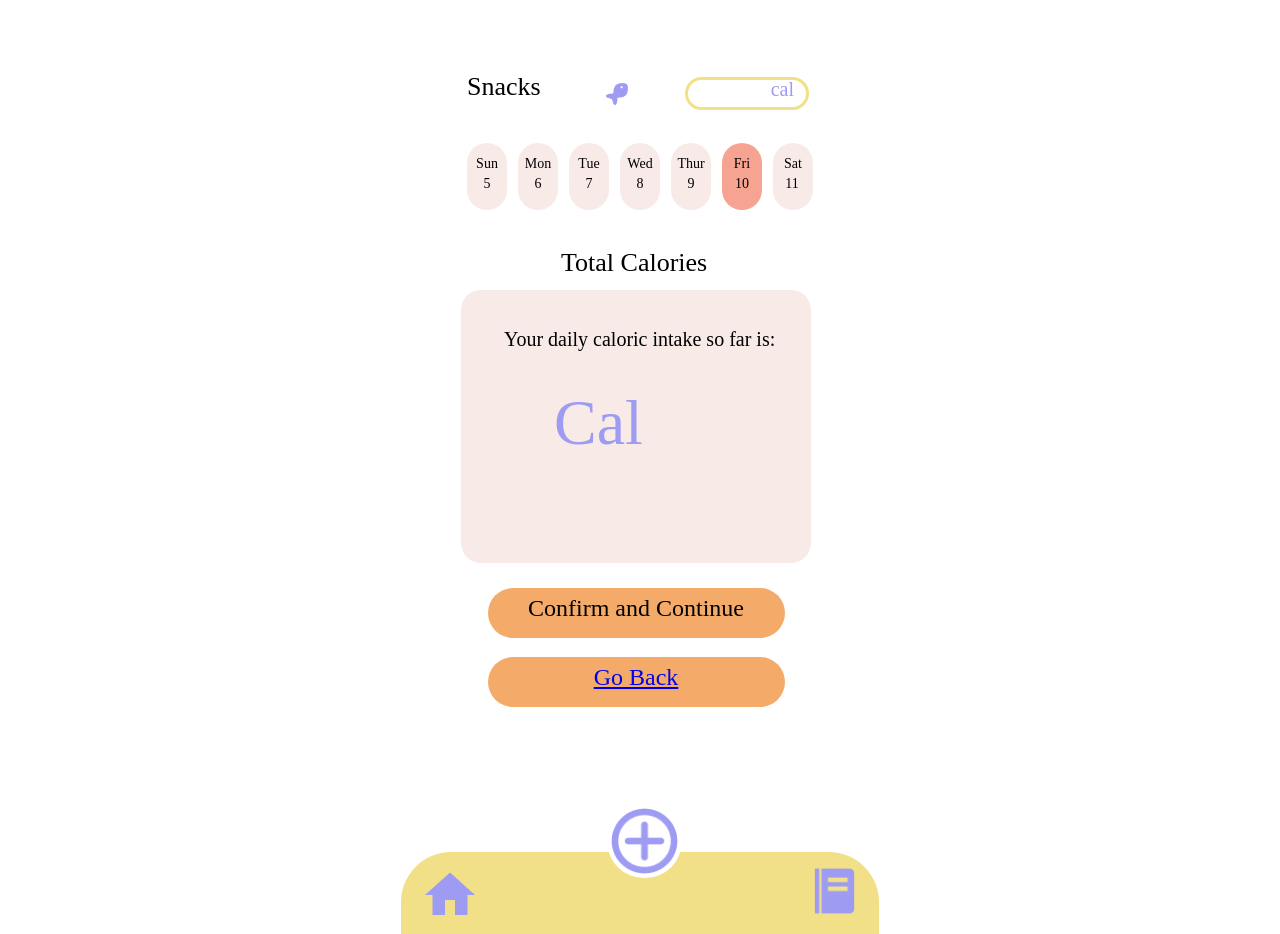
Repository: MeowCeline00/G5-Calorie-Tracker
Page: SnackCalCounter/index.html
The author's editor kept a copy of each file at every save. The page is drawn from the files as they stood at one save, then again after a run of saves.
The browser window is 1280 px wide. The pictures show the whole page.

Above is the page before, as saved 2024-05-26 06:12:24.

### SnackCalCounter/index.html
<!DOCTYPE html>
<html>
<head>
  	<meta charset="utf-8">
  	<meta name="viewport" content="initial-scale=1, width=device-width">

  	<link rel="stylesheet" href="./global.css" />
  	<link rel="stylesheet"  href="./index.css" />

</head>
<body>
	<div class="pageContainer">
		<div class="pageInnerContainer">
			<!-- <div class="add-page-container"> -->
  	<div class="add-page">
    		<div class="add-page-child">
    		</div>
    		<div class="add-page-item">
    		</div>
    		<div class="add-page-inner">
    		</div>
    		<div class="rectangle-div">
    		</div>
    		<div class="add-page-child1">
    		</div>
    		<div class="add-page-child2">
    		</div>
    		<div class="add-page-child3">
    		</div>
    		<div class="add-page-child4">
    		</div>

    		<div class="total-calories">Total Calories</div>
    		<div class="breakfast">Snacks</div>
    		<div class="div">5</div>
    		<div class="sun">Sun</div>
    		<div class="mon">Mon</div>
    		<div class="tue">Tue</div>
    		<div class="wed">Wed</div>
    		<div class="thur">Thur</div>
    		<div class="fri">Fri</div>
    		<div class="sat">Sat</div>
    		<div class="div1">6</div>
    		<div class="div2">7</div>
    		<div class="div3">8</div>
    		<div class="div4">9</div>
    		<div class="div5">10</div>
    		<div class="div6">11</div>
    		<div class="add-page-child5">
    		</div>
    		<div class="add-page-child6">
    		</div>
    		<div class="confirm-and-continue">Confirm and Continue</div>
			<div  class="go-back"><a href="/snacksAddPage/index.html">Go Back</a></div>    		<div class="add-page-child7">
    		</div>
    		<div class="cal">cal</div>
    		<img class="fluent-mdl2breakfast-icon" alt="Snacks" src="/Images/fluent_food-fish-24-filled.png">

    		<div class="add-page-child8">
    		</div>
    		<div class="your-daily-caloric">Your daily caloric intake so far is:</div>
    		<div class="cal1">
      			<span></span>
      			<span class="cal2">Cal</span>
			</div>
			</div>

	  <div class="navBarContainer">
		<div class="navBar"
		<a href="/index.html"><img class="image1" src="/Images/Vector.png "></a>
		<a href="/index.html"><img class="image02"src="/Images/vector02.png "></a>
		<a href="/index.html"><img class="image03" src="/Images/Vector1.png"></a>
		</div>
	</div>
</div>
</div>




</body>
</html>

### SnackCalCounter/global.css

body {
    margin: 0;
    line-height: normal;
}


:root {

    /* fonts */
    --body-20-medium: Catamaran;
    --heading-26-regular: Saira;

    /* font sizes */
    --body-20-medium-size: 20px;
    --body-24-regular-size: 24px;
    --font-size-sm: 14px;
    --heading-26-regular-size: 26px;

    /* Colors */
    --color-cornflowerblue: #9e9bf2;
    --color-black: #000;
    --lighter-nav-bar: rgba(247, 232, 229, 0.9);
    --yellow: #f2e088;
    --color-sandybrown: rgba(242, 149, 68, 0.8);

    /* Border radiuses */
    --br-xl: 20px;
    --br-17xl: 36px;

}

### SnackCalCounter/index.css
.add-page-child {
    position: absolute;
    top: 582px;
    left: 0px;
    width: 393px;
    height: 55px;
}
.add-page-item {
    position: absolute;
    top: 143px;
    left: 26px;
    border-radius: var(--br-xl);
    background-color: var(--lighter-nav-bar);
    width: 40px;
    height: 67px;
}
.add-page-inner {
    position: absolute;
    top: 143px;
    left: 77px;
    border-radius: var(--br-xl);
    background-color: var(--lighter-nav-bar);
    width: 40px;
    height: 67px;
}
.rectangle-div {
    position: absolute;
    top: 143px;
    left: 128px;
    border-radius: var(--br-xl);
    background-color: var(--lighter-nav-bar);
    width: 40px;
    height: 67px;
}
.add-page-child1 {
    position: absolute;
    top: 143px;
    left: 179px;
    border-radius: var(--br-xl);
    background-color: var(--lighter-nav-bar);
    width: 40px;
    height: 67px;
}
.add-page-child2 {
    position: absolute;
    top: 143px;
    left: 230px;
    border-radius: var(--br-xl);
    background-color: var(--lighter-nav-bar);
    width: 40px;
    height: 67px;
}
.add-page-child3 {
    position: absolute;
    top: 143px;
    left: 281px;
    border-radius: var(--br-xl);
    background-color: rgba(242, 126, 99, 0.7);
    width: 40px;
    height: 67px;
}
.add-page-child4 {
    position: absolute;
    top: 143px;
    left: 332px;
    border-radius: var(--br-xl);
    background-color: var(--lighter-nav-bar);
    width: 40px;
    height: 67px;
}
.nav-bar-icon {
    position: absolute;
    top: 726px;
    left: 0px;
    width: 393px;
    height: 126px;
}
.total-calories {
    position: absolute;
    top: 248px;
    left: 120px;
    font-size: var(--heading-26-regular-size);
    font-weight: 500;
    font-family: var(--heading-26-regular);
    text-align: left;
    display: inline-block;
    width: 163px;
    height: 42px;
}
.breakfast {
    position: absolute;
    top: 72px;
    left: 26px;
    font-size: var(--heading-26-regular-size);
    font-weight: 500;
    font-family: var(--heading-26-regular);
    text-align: left;
    display: inline-block;
    width: 130px;
    height: 42px;
}
.div {
    position: absolute;
    top: 176px;
    left: 26px;
    display: inline-block;
    width: 40px;
    height: 42px;
}
.sun {
    position: absolute;
    top: 156px;
    left: 26px;
    display: inline-block;
    width: 40px;
    height: 20px;
}
.mon {
    position: absolute;
    top: 156px;
    left: 77px;
    display: inline-block;
    width: 40px;
    height: 20px;
}
.tue {
    position: absolute;
    top: 156px;
    left: 128px;
    display: inline-block;
    width: 40px;
    height: 20px;
}
.wed {
    position: absolute;
    top: 156px;
    left: 179px;
    display: inline-block;
    width: 40px;
    height: 20px;
}
.thur {
    position: absolute;
    top: 156px;
    left: 230px;
    display: inline-block;
    width: 40px;
    height: 20px;
}
.fri {
    position: absolute;
    top: 156px;
    left: 281px;
    display: inline-block;
    width: 40px;
    height: 20px;
}
.sat {
    position: absolute;
    top: 156px;
    left: 332px;
    display: inline-block;
    width: 40px;
    height: 20px;
}
.div1 {
    position: absolute;
    top: 176px;
    left: 77px;
    display: inline-block;
    width: 40px;
    height: 42px;
}
.div2 {
    position: absolute;
    top: 176px;
    left: 128px;
    display: inline-block;
    width: 40px;
    height: 42px;
}
.div3 {
    position: absolute;
    top: 176px;
    left: 179px;
    display: inline-block;
    width: 40px;
    height: 42px;
}
.div4 {
    position: absolute;
    top: 176px;
    left: 230px;
    display: inline-block;
    width: 40px;
    height: 42px;
}
.div5 {
    position: absolute;
    top: 176px;
    left: 281px;
    display: inline-block;
    width: 40px;
    height: 42px;
}
.div6 {
    position: absolute;
    top: 176px;
    left: 332px;
    display: inline-block;
    width: 38px;
    height: 42px;
}
.add-page-child5 {
    position: absolute;
    top: 588px;
    left: 47px;
    border-radius: var(--br-17xl);
    background-color: var(--color-sandybrown);
    width: 297px;
    height: 50px;
}
.add-page-child6 {
    position: absolute;
    top: 657px;
    left: 47px;
    border-radius: var(--br-17xl);
    background-color: var(--color-sandybrown);
    width: 297px;
    height: 50px;
}
.confirm-and-continue {
    position: absolute;
    top: 595px;
    left: 80px;
    font-size: var(--body-24-regular-size);
    display: inline-block;
    width: 230px;
    height: 42px;
}
.go-back {
    position: absolute;
    top: 664px;
    left: 80px;
    font-size: var(--body-24-regular-size);
    display: inline-block;
    width: 230px;
    height: 42px;
    cursor: pointer;
    text-decoration: none;
    color: black
}
.add-page-child7 {
    position: absolute;
    top: 77px;
    left: 244px;
    border-radius: var(--br-xl);
    background-color: #fff;
    border: 3px solid var(--yellow);
    box-sizing: border-box;
    width: 124px;
    height: 33px;
}
.cal {
    position: absolute;
    top: 78px;
    left: 313px;
    font-size: var(--body-20-medium-size);
    font-weight: 500;
    color: var(--color-cornflowerblue);
    text-align: right;
    display: inline-block;
    width: 40px;
    height: 23px;
}
.fluent-mdl2breakfast-icon {
    position: absolute;
    top: 81px;
    left: 164px;
    width: 25px;
    height: 25px;
}
.add-page-child8 {
    position: absolute;
    top: 290px;
    left: 20px;
    border-radius: var(--br-xl);
    background-color: var(--lighter-nav-bar);
    width: 350px;
    height: 273px;
}
.your-daily-caloric {
    position: absolute;
    top: 328px;
    left: 63px;
    font-size: var(--body-20-medium-size);
}
.cal2 {
    color: var(--color-cornflowerblue);
}
.cal1 {
    position: absolute;
    top: 386px;
    left: 113px;
    font-size: 64px;
    text-align: right;
}
.add-page {
    width: 100%;
    position: relative;
    background-color: rgba(255, 255, 255, 0.92);
    height: 852px;
    overflow: hidden;
    text-align: center;
    font-size: var(--font-size-sm);
    color: var(--color-black);
    font-family: var(--body-20-medium);
    left: 40px;
}


.navBar {
    background-color: #F2E088;
    width: 430px;
    height: 50px;
    display: flex;
    flex-direction: row;
    justify-content: space-between;
    align-items: center;
    padding-left: 1.5em;
    padding-right: 1.5em;
    padding-top: 1em;
    padding-bottom: 1em;
    border-top-left-radius: 50px;
    border-top-right-radius: 50px;
}

.image1 {
    width: 50px;
    height: 42.5;
}
.image02 {
    position: relative;
    width: 66.67px;
    height: 66.67px;
    background-color: #fff;
    padding:0.25em ;
    border-radius: 360px;
    top: -50px;
}

.image03 {
    width: 41.25px;
    height: 45.58;
}

.navBar a {
    padding: 0em;
    margin: 0em;
}

.pageContainer {
    display: flex;

    flex-direction: column;
    align-items: center;


}
.pageInnerContainer {
    display: flex;
    flex-direction: column;
    align-items: center;
    justify-content: center;

}

.add-page-container {
    display: flex;
    justify-content: center;
    flex-direction: column;
}

After the next 2 saves:
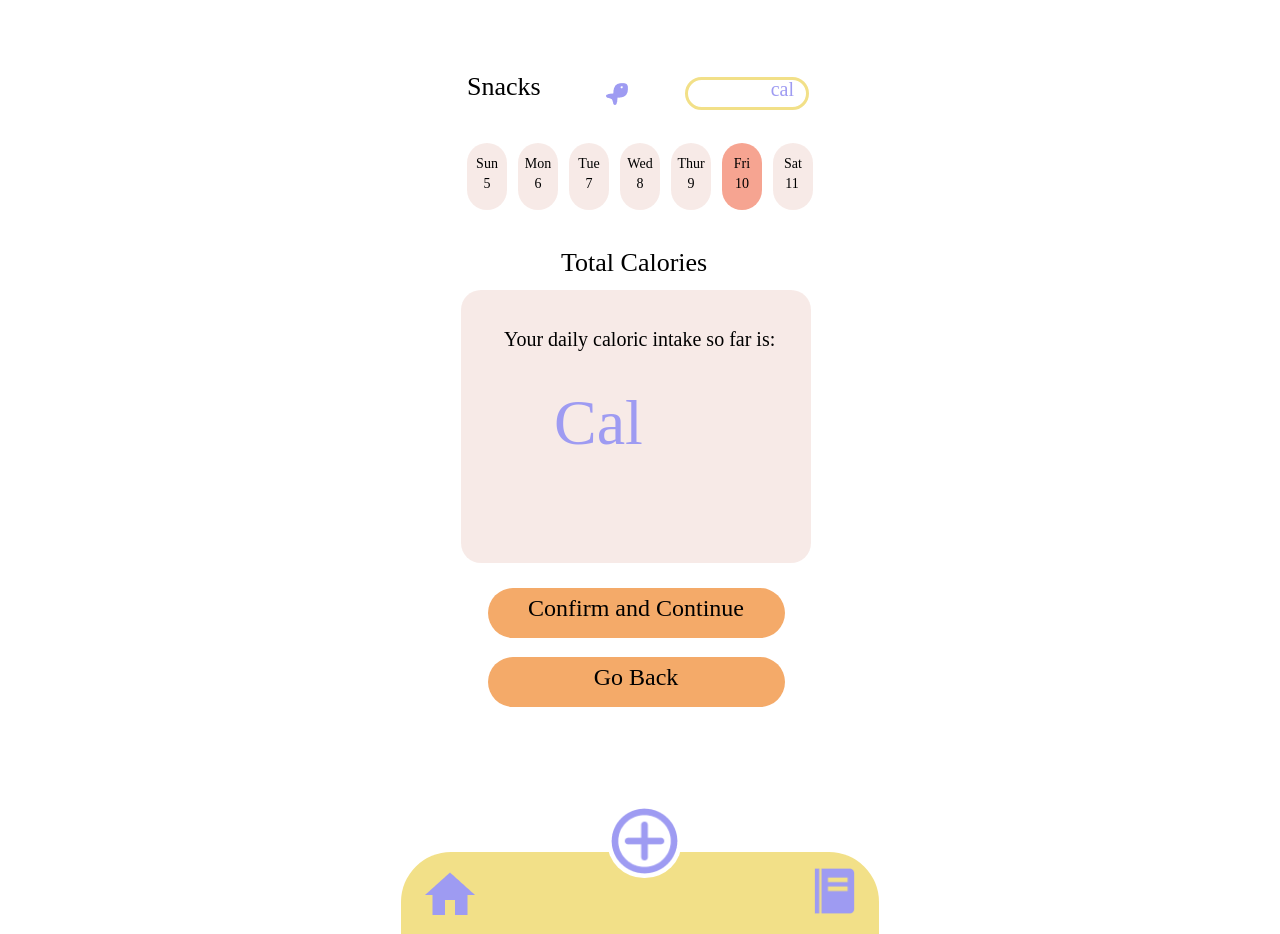
The 2 saves are shown as one change because they came seconds apart.
The last was saved 8 s later.
--- a/SnackCalCounter/index.html
+++ b/SnackCalCounter/index.html
@@ -51,7 +51,7 @@
     		<div class="add-page-child6">
     		</div>
     		<div class="confirm-and-continue">Confirm and Continue</div>
-			<div  class="go-back"><a href="/snacksAddPage/index.html">Go Back</a></div>    		<div class="add-page-child7">
+			<div><a class="go-back" href="/snacksAddPage/index.html">Go Back</a></div>    		<div class="add-page-child7">
     		</div>
     		<div class="cal">cal</div>
     		<img class="fluent-mdl2breakfast-icon" alt="Snacks" src="/Images/fluent_food-fish-24-filled.png">
